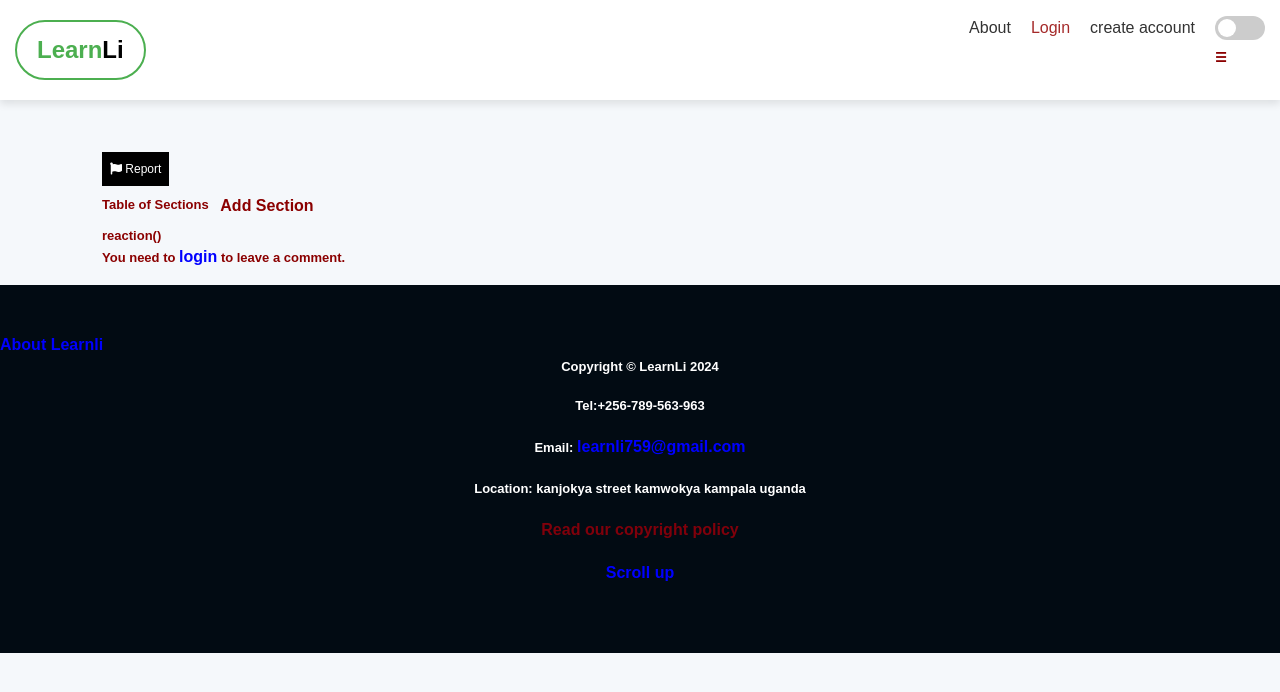
Repository: Learnli23/Learnli
Page: Learnli/my_library/templates/book_details.html
These files come from the project's save history. The page is drawn as it stood at one moment and after the next save; the edit follows.
The browser window is 1280 px wide. The pictures show the whole page.
The template is drawn by Django 2.2. The application's start-up code is not run. Other server files are loaded and not shown. The template is opened directly, without the code that normally fills it, so the values that code supplies are empty.

Above is the page before, as saved 2024-12-04 22:22:46.

### Learnli/my_library/templates/book_details.html
{% extends 'base.html' %}
{% block content %}


    <h1 style="color:brown;">{{ book.title }}</h1>
    <div class="container">
      {% if book.display_image  %}
        <img src="{{book.display_image.url }}" width="450" height="300" class="d-inline-block align-text-top" alt=" ">
      {% endif %}
        <div class="toc">
           <!-- blogs/templates/blog_detail.html -->
          <form action="{% url 'report_content' content_type_id=ebook_content_type.id object_id=book.id %}" method="post">
          {% csrf_token %}
          <button type="submit" class="report-btn">
            <i class="fas fa-flag"></i> Report
          </button>
          </form>
                    <strong style="font-size: small;">Table of Sections</strong>
            {% if sections %}
            <ul>
                {% for section in sections %}

                    <li><a href="{% url 'section_details' section.pk %}">{{ section.title }}</a></li>

                {% if forloop.last %}
                    {% if section.section_author == request.user  %}
                    <button class="btn btn-outline-success" style="border:black ;"><a href="{% url 'add_section' book.pk %}"><strong style="color:darkred ;">Add Section</strong></a></button>
                    {% endif %}
                {% endif %}
                {% endfor %}

            {% else %}

                <button class="btn btn-outline-success" style="border:black ;"><a href="{% url 'add_section' book.pk %}"><strong style="color:darkred ;">Add Section</strong></a></button>
                {% endif %}


                 <br/>

            </ul>


        {%  if request.user == book.author %}
        <button class="btn btn-outline-danger"><a href="{% url 'delete_ebook' book.id %} "><strong
          style="color:black;">Delete ebook</strong></a>
        </button>

        <button class="btn btn-outline-success"><a href="{% url 'edit_ebook' book.id %} "><strong
          style="color:black;">Edited ebook</strong></a>
        </button>

        {% endif %}


        <strong data-bs-toggle="collapse" data-bs-target="#reactions" style="color:darkred;"> reaction({{ reactions.count }})</strong>
        <div id="reactions" class="collapse hide">

        {% for reaction in reactions %}

        <div class="container mt-3">
        <p style="color:black ; font-size: smaller;"><strong style="color:darkblue;" >@<a href="{% url 'profile' reaction.reviewer.id %}">{{ reactions.reviewer.username }}</a>:</strong>{{ reviewer.created_at}}:{{ reviewer.book|linebreaks}}</p>
        </div>
        {% endfor %}
        </div>

        {% if user.is_authenticated %}

          <strong style="color:darkblue;" data-bs-toggle="collapse" data-bs-target="#comment">   +Comment </strong>
            <div id="comment" class="collapse hide">
                <form method="post">
                      {% csrf_token %}
                      {{ form.as_p }}
                      <button class="btn btn-primary" type="submit">comment</button>
                  </form>
            </div>


              {% else %}
                <p>You need to <a href="{% url 'login' %}">login</a> to leave a comment.</p>
        {% endif %}

        </div>
</div>

{% endblock %}

### Learnli/users/templates/narvbar.html
{% load static %}


    <!-- Navbar Container -->
    <nav class="navbar">
        <!-- Logo and Brand Name -->
        <div class="navbar-brand">

            <a href="{% url 'home' %}"> <span class="logo-oval">Learn<span class="brand-highlight">Li</span></span> </a>
        </div>

        <!-- Navbar Links for Desktop -->
        <ul class="navbar-links">
            <li class="nav-item">
              {% if user.is_authenticated %}
              <img class="profile-picture" src="{{ user.profile_image.url }}" alt="" >

                <span class="user-name" style = "color:green;" >{{user}}</span>
              {% endif %}
            </li>
          <!-- showing posts and about if the user is loged in or out respectively--->
            {% if user.is_authenticated and user.subscription_active == True %}
            <li><a href="{% url 'blog_list' %}" >Post</a></li>
            {% else %}
            <li><a href="{% url 'about' %}" >About</a></li>
            {% endif %}
         <!-- show user categories if user is logeg in-->
         {% if user.is_authenticated and user.subscription_active == True %}
            <li class="nav_drop_drown"  style="color: #4CAF50;"><a >Users</a>
                <ul class="dropdown">
                    <li><a href="{% url 'students' %}" style="font-size: small;">Students</a></li>
                    <li><a href="{% url 'teachers' %}" style="font-size: small;">Teachers</a></li>
                    <li><a href="{% url 'institutions' %}" style="font-size: small;">Institutions</a></li>
                    <li><a href="{% url 'profiles' %}" style="font-size: small;">All Users</a></li>
                </ul>
            </li>
            <li><a href="{% url 'profile' user.id %}" >My Profile</a></li>
            {% endif %}
          <!-- show the office ,study or depending on the user type-->
          {% if user.is_student and user.subscription_active == True %}
            <li><a>study</a>
                <ul class="dropdown">
                    <li><a href="{% url 'classes' %}" style="font-size: small;">Courses</a></li>
                    <li><a href="{% url 'my_courses' %}" style="font-size: small;">My courses</a></li>
                    <li><a href="{% url 'exams' %}" style="font-size: small;">Exams</a></li>
                    <li><a href="{% url 'answers' %}" style="font-size: small;">Exams Answers</a></li>
                    <li><a href="{% url 'exam_results' %}" style="font-size: small;">Exam Reults</a></li>
                    <li><a href="{% url 'RegisterforExam' %}" style="font-size: small;">Register for Exam</a></li>
                    <li><a href="{% url 'test_answers' %}" style="font-size: small;">Test Answers</a></li>
                    <li><a href="{% url 'test_results' %}" style="font-size: small;">Test Reults</a></li>
                </ul>
            </li>
          <!-- show the  communication elements for aloged in student-->
          <li><a>communication</a>
            <ul class="dropdown">
                <li><a href="{% url 'compose' %}" style="font-size: small;">messages</a></li>
                <li><a href="{% url 'inbox' %}" style="font-size: small;">inbox</a></li>
                <li><a href="{% url 'outbox' %} " style="font-size: small;">outbox</a></li>
                <li><a href="{% url 'calendar' %}" style="font-size: small;">Events</a></li>
                <li><a href="{% url 'add_event' %}" style="font-size: small;">Add event</a></li>
                <li><a href="{% url 'create_blog' %}" style="font-size: small;">create blog</a></li>
            </ul>
        </li>
        <!--show library for the student if loged in-->
        <li><a>Library</a>
          <ul class="dropdown">
              <li><a href="{% url 'profile_library' user.id %}" style="font-size: small;">My Uploaded books</a></li>
              <li><a href="{% url 'book_list' %}" style="font-size: small;">Ebooks</a></li>
              <li><a href="{% url 'content_list' %} " style="font-size: small;">uploaded books</a></li>
              <li><a href="{% url 'upload_content' %}" style="font-size: small;">upload book</a></li>
            </ul>
      </li>
        {% endif %}

        <!---- show office for teacher if loged in--->
        {% if user.is_teacher and user.subscription_active == True %}
        <li><a>office</a>
          <ul class="dropdown">
              <li><a href="{% url 'classes' %}" style="font-size: small;">Courses</a></li>
              <li><a href="{% url 'my_courses' %}" style="font-size: small;">My courses</a></li>
              <li><a href="{% url 'create_class' %}" style="font-size: small;">create course</a></li>
              <li><a href="{% url 'subjects' %}" style="font-size: small;">course units</a></li>
              <li><a href="{% url 'create_subject' %} " style="font-size: small;">create course unit</a></li>
              <li><a href="{% url 'lessons' %}" style="font-size: small;">lessons</a></li>
              <li><a href="{% url 'create_lesson' %}" style="font-size: small;">create lesson</a></li>

          </ul>
      </li>
      <!--show teacher's library if loged in-->
      <li><a>Library</a>
        <ul class="dropdown">
          <li><a   href="{% url 'profile_books' user.id %}"  style="  font-size: small;">  My Ebooks </a></li>
          <li><a   href="{% url 'profile_library' user.id %}" style=" font-size: small;"> My Uploaded books</a></li>
          <li><a   href="{% url 'book_list' %}" style=" font-size: small;"> Ebooks </a></li>
          <li><a   href="{% url 'content_list' %}"  style="  font-size: small;"> Uploaded books </a></li>
          <li><a   href="{% url 'upload_content' %}"  style=" font-size: small;">Upload Books </a></li>
        </ul>
      </li>
      <!--show teacher's  Examinations if loged in-->
      <li><a>Examinations</a>
        <ul class="dropdown">
          <li><a  href="{% url 'my_exams' %}" style=" font-size: small;">My Exams </a></li>
              <li><a  href="{% url 'exams' %}" style=" font-size: small;">Exams </a></li>
              <li><a   href="{% url 'exam' %}" style=" font-size: small;">creat Exam </a></li>
              <li><a   href="{% url 'answers' %}"  style="font-size: small;">Exams Answers </a></li>
              <li><a   href="{% url 'exam_results' %}" style="  font-size: small;">Exam Reults </a></li>
              <li><a   href="{% url 'RegisterforExam' %}" style="  font-size: small;">Register for Exam </a></li>
              <li><a   href="{% url 'examRegister' %}" style=" font-size: small;">candidates </a></li>
              <li><a  href="{% url 'tests' %}" style=" font-size: small;">Tests </a></li>
              <li><a  href="{% url 'test' %}" tyle="  font-size: small;">creat Test </a></li>
              <li><a  href="{% url 'test_answers' %}" style=" font-size: small;">Test Answers </a></li>
             <li><a  href="{% url 'test_results' %}" style=" font-size: small;">Test Reults </a></li>
        </ul>
      </li>
       <!-- show the teacher's  communication elements if aloged -->
       <li><a>communication</a>
        <ul class="dropdown">
            <li><a href="{% url 'compose' %}" style="font-size: small;">messages</a></li>
            <li><a href="{% url 'inbox' %}" style="font-size: small;">inbox</a></li>
            <li><a href="{% url 'outbox' %} " style="font-size: small;">outbox</a></li>
            <li><a href="{% url 'calendar' %}" style="font-size: small;">Events</a></li>
            <li><a href="{% url 'add_event' %}" style="font-size: small;">Add event</a></li>
            <li><a href="{% url 'create_blog' %}" style="font-size: small;">create blog</a></li>
        </ul>
    </li>
       {% endif %}
       <!--show institution compass if loged in-->
       {% if user.is_institution and user.subscription_active == True %}
       <li><a>compass</a>
        <ul class="dropdown">
            <li><a href="{% url 'classes' %}" style="font-size: small;">Courses</a></li>
            <li><a href="{% url 'my_courses' %}" style="font-size: small;">My courses</a></li>
            <li><a href="{% url 'create_class' %}" style="font-size: small;">create course</a></li>
            <li><a href="{% url 'subjects' %}" style="font-size: small;">course units</a></li>
            <li><a href="{% url 'create_subject' %} " style="font-size: small;">create course unit</a></li>
            <li><a href="{% url 'lessons' %}" style="font-size: small;">lessons</a></li>
            <li><a href="{% url 'create_lesson' %}" style="font-size: small;">create lesson</a></li>

        </ul>
    </li>
    <!--show inmstitution library if loged in-->
    <li><a>Library</a>
      <ul class="dropdown">
        <li><a   href="{% url 'profile_books' user.id %}"  style="  font-size: small;">  My Ebooks </a></li>
        <li><a   href="{% url 'profile_library' user.id %}" style=" font-size: small;"> My Uploaded books</a></li>
        <li><a   href="{% url 'book_list' %}" style=" font-size: small;"> Ebooks </a></li>
        <li><a   href="{% url 'content_list' %}"  style="  font-size: small;"> Uploaded books </a></li>
        <li><a   href="{% url 'upload_content' %}"  style=" font-size: small;">Upload Books </a></li>
      </ul>
    </li>
    <!--show  institution  Examinations if loged in-->
    <li><a>Examinations</a>
      <ul class="dropdown">
        <li><a  href="{% url 'my_exams' %}" style=" font-size: small;">My Exams </a></li>
            <li><a  href="{% url 'exams' %}" style=" font-size: small;">Exams </a></li>
            <li><a   href="{% url 'exam' %}" style=" font-size: small;">creat Exam </a></li>
            <li><a   href="{% url 'answers' %}"  style="font-size: small;">Exams Answers </a></li>
            <li><a   href="{% url 'exam_results' %}" style="  font-size: small;">Exam Reults </a></li>
            <li><a   href="{% url 'RegisterforExam' %}" style="  font-size: small;">Register for Exam </a></li>
            <li><a   href="{% url 'examRegister' %}" style=" font-size: small;">candidates </a></li>
            <li><a  href="{% url 'tests' %}" style=" font-size: small;">Tests </a></li>
            <li><a  href="{% url 'test' %}" tyle="  font-size: small;">creat Test </a></li>
            <li><a  href="{% url 'test_answers' %}" style=" font-size: small;">Test Answers </a></li>
           <li><a  href="{% url 'test_results' %}" style=" font-size: small;">Test Reults </a></li>
      </ul>
    </li>
     <!-- show the institution  communication elements if aloged -->
     <li><a>communication</a>
      <ul class="dropdown">
          <li><a href="{% url 'compose' %}" style="font-size: small;">messages</a></li>
          <li><a href="{% url 'inbox' %}" style="font-size: small;">inbox</a></li>
          <li><a href="{% url 'outbox' %} " style="font-size: small;">outbox</a></li>
          <li><a href="{% url 'calendar' %}" style="font-size: small;">Events</a></li>
          <li><a href="{% url 'add_event' %}" style="font-size: small;">Add event</a></li>
          <li><a href="{% url 'create_blog' %}" style="font-size: small;">create blog</a></li>
      </ul>
  </li>
  {% endif %}

  {% if user.is_authenticated %}
  <li><a href="{% url 'logout' %}"style="color:brown;">Logout</a></li>
  {% if user.subscription_active == False  %}
  <li><a href="{% url 'subscription_page' %}"><strong style="color:black; font-size:medium;">subscribe </a></li>
  {% endif %}
  <!-- show login if user  loged out-->
  {% else %}
  <li><a href="{% url 'login' %}"style="color:brown;">Login</a></li>
  <!--show creating account if user loged out-->
  <li><a >create account</a>
    <ul class="dropdown">
      <li><a  href="{% url 'register_student' %}" style="color: darkblue ; font-size: small;;">student account </a></li>
      <li><hr class="dropdown-divider"></li>
      <li><a   href=" {% url 'register_teacher' %}"><strong style="color:black ; font-size: small;;">teacher account </a></li>
      <li><hr class="dropdown-divider"></li>
      <li><a  href="{% url 'register_institution' %}"><strong style="color:darkred; font-size: small;;">institution account </a></li>
    </ul>
</li>
<!-- show subscribe if user subscription is expired-->


{% endif %}




      <!-- Dark/Light Mode Toggle and Mobile Menu Icon -->
        <div class="navbar-actions">
            <label class="switch">
                <input type="checkbox" id="darkModeToggle">
                <span class="slider round"></span>
            </label>
            <div class="menu-icon" onclick="toggleMobileMenu()">☰</div>
        </div>
    </nav>



    <!-- JavaScript for Dark Mode and Mobile Menu -->
    <script>
        const darkModeToggle = document.getElementById('darkModeToggle');
        darkModeToggle.addEventListener('change', () => {
            document.body.classList.toggle('dark-mode');
        });

        function toggleMobileMenu() {
            document.querySelector('.navbar-links').classList.toggle('active');
        }
    </script>

 <style>


  /* Basic Reset */
  * {
      margin: 0;
      padding: 0;
      box-sizing: border-box;
  }

  /* Body Styling */
  body {
      font-family: Arial, sans-serif;
      transition: background-color 0.3s, color 0.3s;
  }

  .dark-mode {
      background-color: #121212;
      color:grey;
  }

  /* Navbar Styling */
  .navbar {
      display: flex;
      justify-content: space-between;
      align-items: center;
      padding: 15px;
      background-color: #ffffff;
      box-shadow: 0px 4px 8px rgba(0, 0, 0, 0.1);
      position: sticky;
      top: 0;
      width: 100%;
      z-index: 10;
      }

   .logo-oval {
      padding: 10px 20px;
      border: 2px solid #4CAF50;
      border-radius: 50px; /* Creates the oval shape */
      font-weight: bold;
      color: #4CAF50;
      font-size: 24px;
      display: inline-block;
      background-color: #ffffff; /* Optional: Set background color */
      transition: all 0.3s;
  }

  .logo-oval .brand-highlight {
      color: #333333;
  }

  .logo-oval:hover {
      background-color: #4CAF50;
      color: #ffffff;
      border-color: #4CAF50;
  }


  }

  .navbar .navbar-brand .logo {
      font-weight: bold;
      color:green;
      font-size: 24px;
  }

  .navbar .brand-highlight {
      color:black;
  }

  .navbar-links {
      list-style: none;
      display: flex;
      gap: 20px;
  }

  .navbar-links .nav-item {
      display: flex;
      align-items: center;
  }

  .navbar-links .nav-item .profile-picture {
      width: 40px;
      height: 40px;
      border-radius: 50%;
      background-color: #ddd;
      margin-right: 10px;
  }

  .navbar-links a {
      color: #333333;
      text-decoration: none;
      font-weight: 500;
      transition: color 0.3s;
  }

  .navbar-links a:hover {
      color: #4CAF50;
  }

  /* Dropdown Menu */
  .dropdown {
      display: none;
      position: absolute;
      background-color: white;
      box-shadow: 0px 8px 16px rgba(0, 0, 0, 0.2);
      list-style: none;
      padding: 10px;
      margin-top: 8px;
  }

  .navbar-links li:hover .dropdown {
      display: block;
  }

  /* Dark Mode Toggle */
  .navbar-actions .switch {
      position: relative;
      display: inline-block;
      width: 50px;
      height: 24px;
  }

  .switch input {
      opacity: 0;
      width: 0;
      height: 0;
  }

  .slider {
      position: absolute;
      cursor: pointer;
      top: 0;
      left: 0;
      right: 0;
      bottom: 0;
      background-color: #ccc;
      transition: 0.4s;
      border-radius: 24px;
  }

  .slider:before {
      position: absolute;
      content: "";
      height: 18px;
      width: 18px;
      left: 3px;
      bottom: 3px;
      background-color: white;
      transition: 0.4s;
      border-radius: 50%;
  }

  input:checked + .slider {
      background-color: #4CAF50;
  }

  input:checked + .slider:before {
      transform: translateX(26px);
  }

  /* Responsive Mobile Styling */
  @media (max-width: 768px) {
      .navbar-links {
          display: none;
          flex-direction: column;
          width: 100%;
          position: absolute;
          top: 60px;
          background-color: #ffffff;
          box-shadow: 0px 8px 16px rgba(0, 0, 0, 0.1);
      }

      .navbar-links.active {
          display: flex;
      }

      .menu-icon {
          font-size: 28px;
          cursor: pointer;
          color: #333333;
      }
  }

  <style/>

Loaded but not shown: Learnli/users/templates/base.html (1665 lines, source omitted)

After the next save:
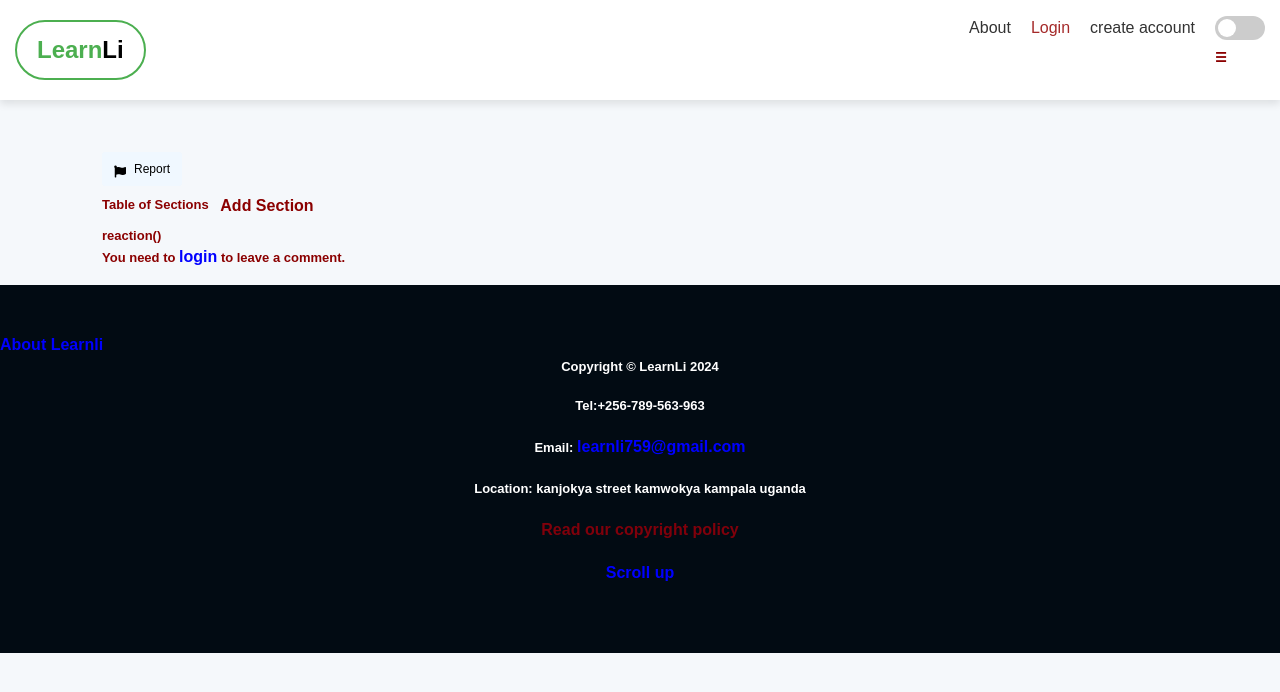
Saved 47 s later.
--- a/Learnli/my_library/templates/book_details.html
+++ b/Learnli/my_library/templates/book_details.html
@@ -82,4 +82,41 @@
         </div>
 </div>
 
+
+
+
+<style>
+
+  /* Add this in your main CSS file, e.g., styles.css */
+
+  /* Style the Report button */
+  .report-btn {
+    display: inline-flex;
+    align-items:end;
+    padding: 8px 12px;
+    background-color:aliceblue;  /* Red background */
+    color:black;           /* White text */
+    border: none;
+    border-radius: 3px;
+    font-size: 12px;
+    cursor: pointer;
+    transition: background-color 0.3s ease;
+  }
+
+  /* Change background color on hover */
+  .report-btn:hover {
+    background-color:red;
+  }
+
+  /* Add margin between icon and text */
+  .report-btn i {
+    margin-right: 8px;
+  }
+
+
+  </style>
+
+
+
+
 {% endblock %}
